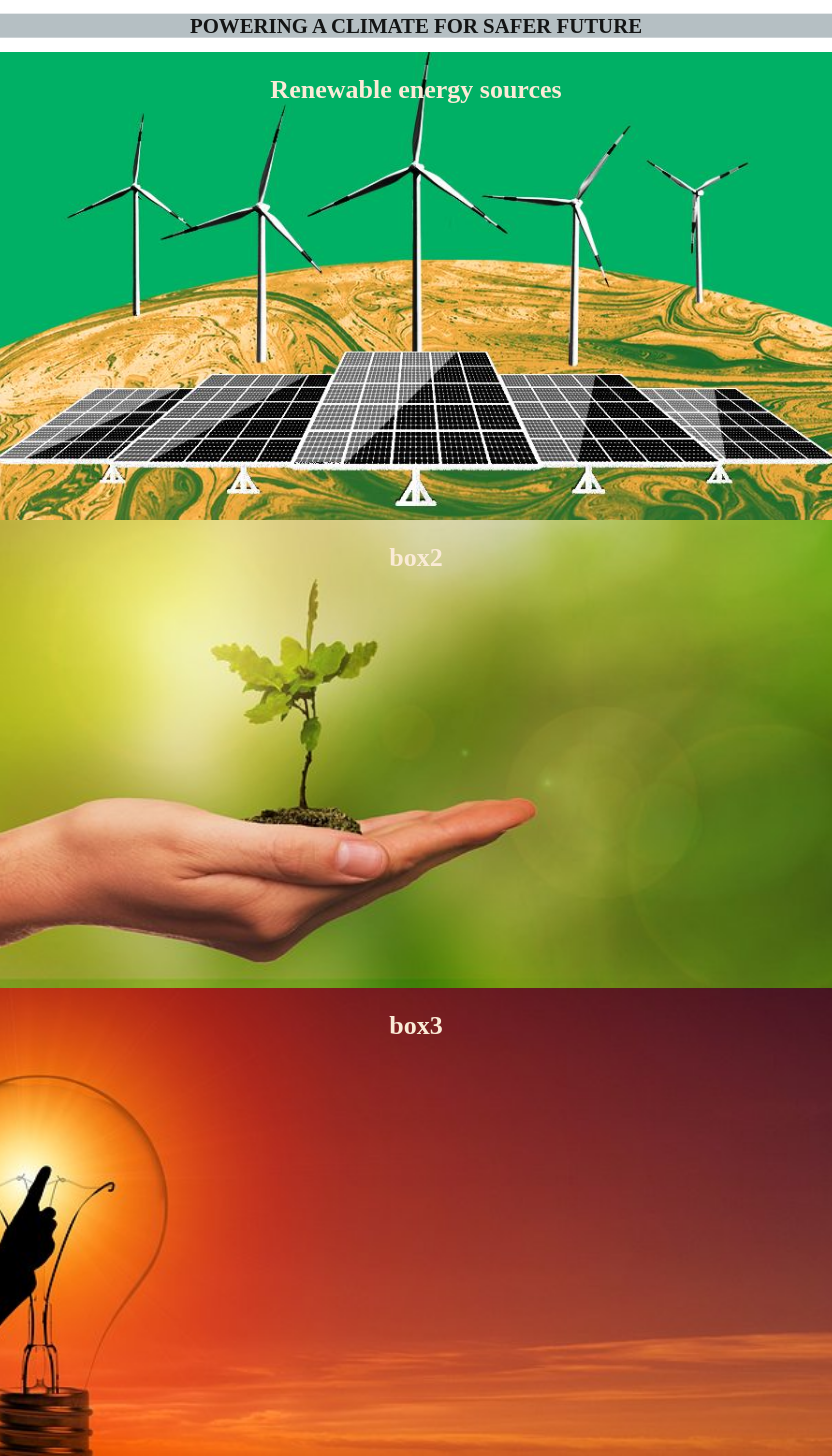
Repository: NavinDayanithi/static-web-design-competition
Page: index.html
These files come from the project's save history. The page is drawn as it stood at one moment and after a run of saves; the edit follows.
The browser window is 1280 px wide. The pictures show the whole page, at 65% of full size.
Backgrounds fixed to the window are drawn as part of the page.

Above is the page before, as saved 2023-04-28 19:49:51.

After the next 2 saves:
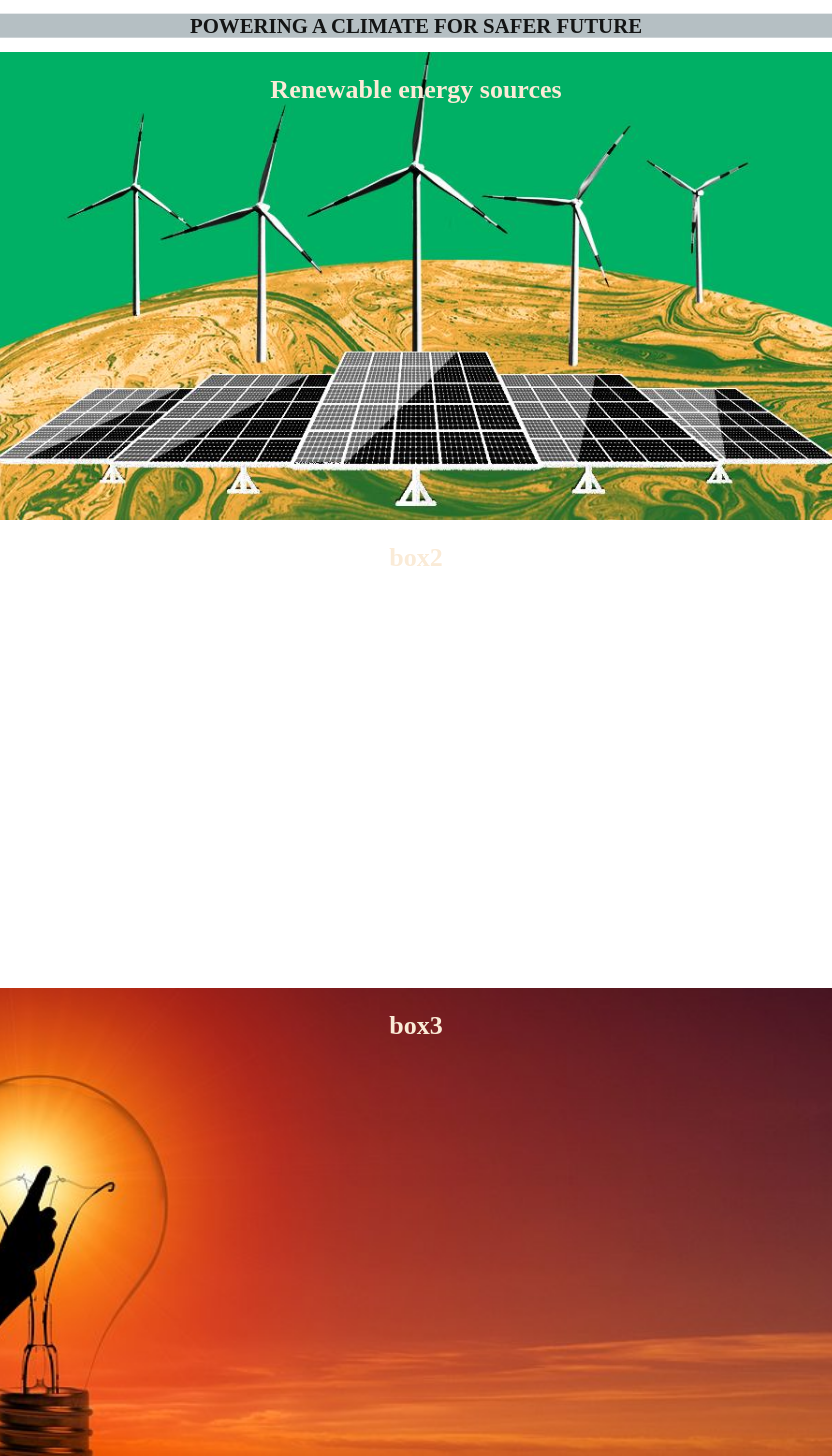
Not found: img3.png
The 2 saves are shown as one change because they came seconds apart.
The last was saved 19 min 48 s later.
--- a/styles.css
+++ b/styles.css
@@ -34,7 +34,7 @@ head{
 .box2{
     height: 100vh;
     width:100%;
-    background-image: url(img2.jpg);
+    background-image: url(img3.png);
     background-size: cover;
     background-position: center;
     display: table;
